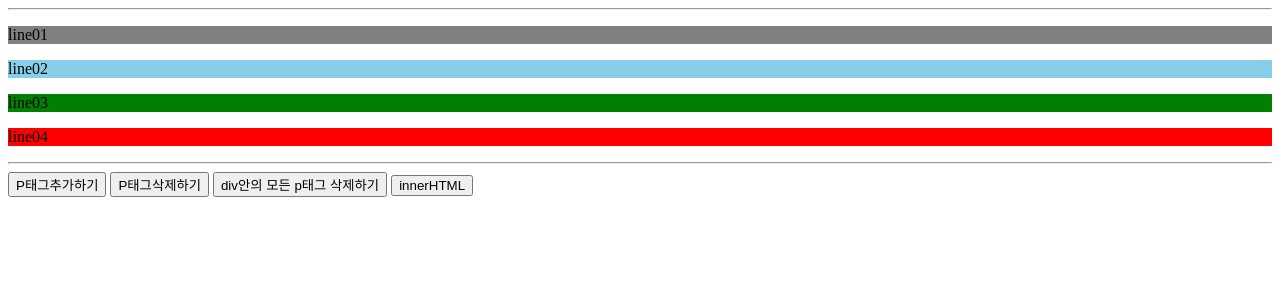
Repository: insunkang/JSP
Page: clientweb/WebContent/jQuery/domExam.html
An editor plug-in stored every save of this project. The page is shown before and after the next save, followed by the edit.
The browser window is 1280 px wide. The pictures show the whole page.
After loading, the first visible `button[onclick="deleteDivAndP()"]` was clicked once.

Above is the page before, as saved 2020-01-10 05:28:58.
Console error (its wording comes from the project's code and is left out).

### clientweb/WebContent/jQuery/domExam.html
<!DOCTYPE html>
<html>
<head>
	<meta http-equiv="Content-Type" content="text/html; charset=EUC-KR">
	<title>Insert title here</title>
	<script type="text/javascript">

	function insertP() {
		pNode = document.createElement("p");
		pNode.setAttribute("style", "background: yellow;");
		textNode = document.createTextNode("newP");
		pNode.appendChild(textNode);
		parentNode = document.getElementById("root");
		parentNode.appendChild(pNode);

	}
	function deleteP() {
		targetNode = document.getElementById("root");
		delNode = targetNode.lastChild;
		if(delNode.nodeType==3){
		targetNode.removeChild(delNode);
		delNode = targetNode.lastChild;
		targetNode.removeChild(delNode);
		}else{
		targetNode.removeChild(delNode);
		}

	}
	function deleteDivAndP() {
		targetNode=document.getElementById("root");


			targetNode.removeChild();

	}



	</script>
</head>
<body>
	<div id="layer"></div>

	<hr>

	<div id="root">
		<p style="background: gray;">line01</p>
		<p style="background: skyblue">line02</p>
		<p style="background: green;">line03</p>
		<p style="background: red;">line04</p>
	</div>

	<hr>
	<button onclick="insertP()">P태그추가하기</button>
	<button onclick="deleteP()">P태그삭제하기</button>
	<button onclick="deleteDivAndP()">div안의 모든 p태그 삭제하기</button>
	<button onclick="innerHTML_test()">innerHTML</button>


</body>
</html>

After the next save:
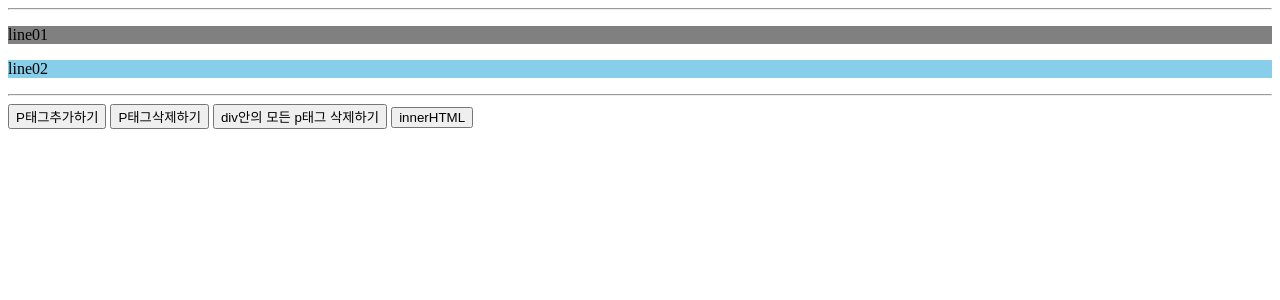
The error is gone.
Saved 2 min 59 s later.
--- a/clientweb/WebContent/jQuery/domExam.html
+++ b/clientweb/WebContent/jQuery/domExam.html
@@ -27,10 +27,14 @@
 
 	}
 	function deleteDivAndP() {
-		targetNode=document.getElementById("root");
+	parentNode=document.getElementById("root");
+	childnodelist = parentNode.childNodes;
+	for(i=0;i<childnodelist.length;i++){
+		parentNode.removeChild(parentNode.lastChild);
+	}
 
 
-			targetNode.removeChild();
+
 
 	}
 
